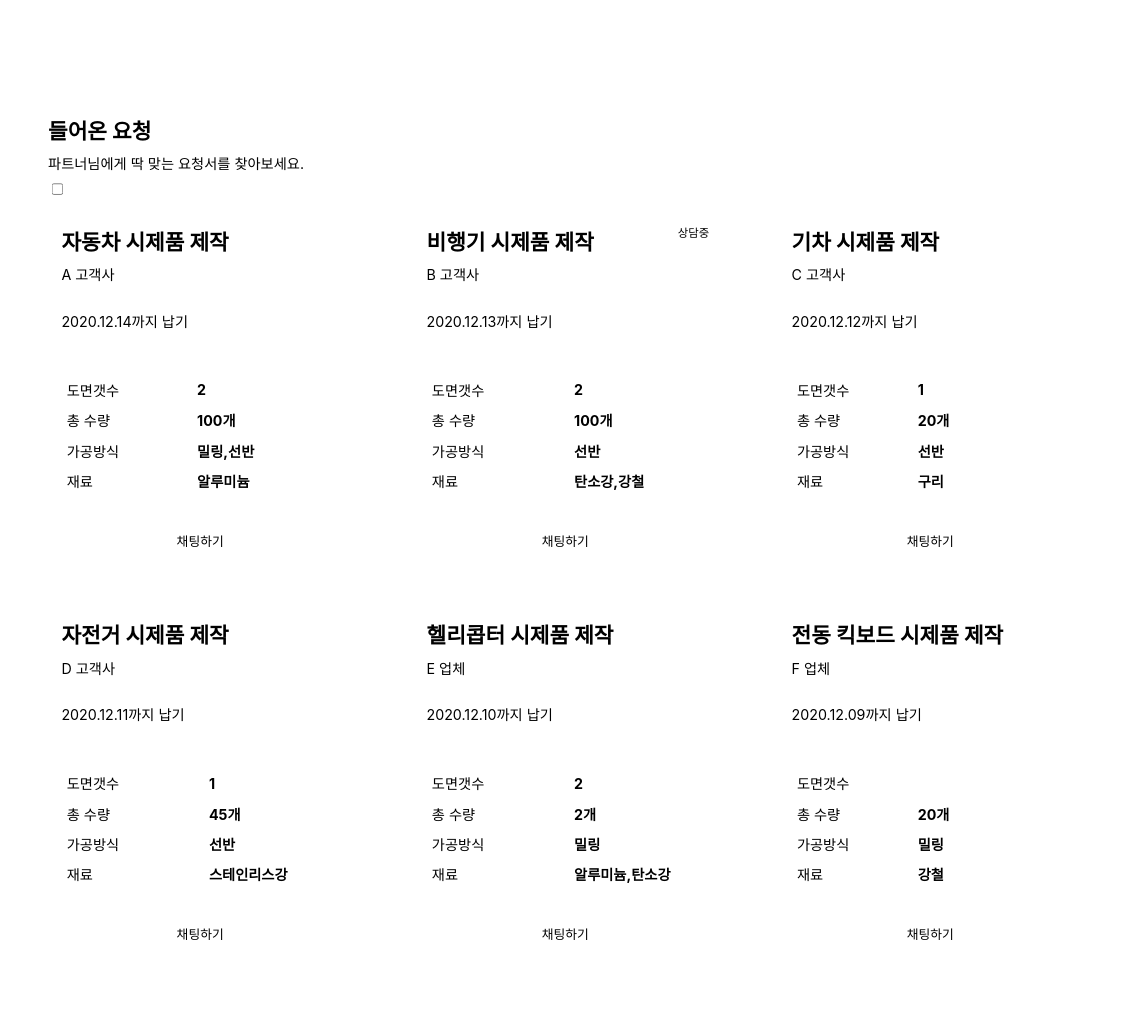
Repository: seoulsaram/capa
Page: /
An editor plug-in stored every save of this project. The page is shown before and after the next save, followed by the edit.
The browser window is 1280 px wide. The pictures show the whole page, at 89% of full size.
The project was rebuilt for these pictures with package versions that can differ from the ones it lists, and the page was loaded fresh each time. Requests to the local data server were answered from the project's data file. Also part of the build but not shown: src/App.css, src/components/filter/filter.module.css.

Above is the page before, as saved 2021-03-06 02:38:34.

### public/index.html
<!DOCTYPE html>
<html lang="en">
  <head>
    <meta charset="utf-8" />
    <link rel="icon" href="%PUBLIC_URL%/favicon.ico" />
    <meta name="viewport" content="width=device-width, initial-scale=1" />
    <meta name="theme-color" content="#000000" />
    <meta name="description" content="Web site created using create-react-app" />

    <title>React App</title>
  </head>
  <body>
    <noscript>You need to enable JavaScript to run this app.</noscript>
    <div id="root"></div>
  </body>
</html>

### src/index.js
import React from "react";
import ReactDOM from "react-dom";
import "./index.css";
import App from "./app";
import RequestInfo from "./service/request_info";

const requestInfo = new RequestInfo();

ReactDOM.render(
  <React.StrictMode>
    <App requestInfo={requestInfo} />
  </React.StrictMode>,
  document.getElementById("root")
);

### src/App.js
import "./app.css";
import Header from "./components/header/header";
import ItemContainer from "./components/item_container/item_container";
import RequestBox from "./components/request_box/request_box";

function App({ requestInfo }) {
  return (
    <div>
      <Header />
      <ItemContainer requestInfo={requestInfo} />
    </div>
  );
}

export default App;

### src/service/request_info.js
class RequestInfo {
  constructor() {
    this.getrequestOptions = {
      method: "GET",
    };
  }

  async getInfo() {
    const response = await fetch("http://localhost:3002/requests", this.getrequestOptions);
    const res = await response.json();
    return res;
  }
}

export default RequestInfo;

### src/components/header/header.js
import React, { memo } from "react";
import styles from "./header.module.css";

const Header = (props) => (
  <div className={styles.header}>
    <div className={styles.headerLeft}>
      <p>CAPA</p>
      <p>파트너스</p>
    </div>
    <div className={styles.headerRight}>
      <p>A가공업체</p>
      <div className={styles.line}></div>
      <p>로그아웃</p>
    </div>
  </div>
);

export default Header;

### src/components/item_container/item_container.js
import React, { useEffect, useState } from "react";
import Filter from "../filter/filter";
import RequestBox from "../request_box/request_box";
import styles from "./item_container.module.css";

const ItemContainer = ({ requestInfo }) => {
  const [reqInfo, setReqInfo] = useState([]);

  useEffect(() => {
    requestInfo.getInfo().then((info) => setReqInfo(info));
  }, [requestInfo]);

  return (
    <section className={styles.section}>
      <h2 className={styles.title}>들어온 요청</h2>
      <p className={styles.desc}>파트너님에게 딱 맞는 요청서를 찾아보세요.</p>
      <Filter reqInfo={reqInfo} />
      <RequestBox reqInfo={reqInfo} />
    </section>
  );
};

export default ItemContainer;

### src/components/request_box/request_box.jsx
import React from "react";
import styles from "./request_box.module.css";

const RequestBox = ({ reqInfo }) => {
  return (
    <ul className={styles.cards}>
      {reqInfo.map((info) => (
        <div key={info.id} className={styles.card}>
          <div className={styles.top}>
            <div className={styles.titleContainer}>
              <h2>{info.title}</h2>
              {info.status === "상담중" && <div className={styles.status}>{info.status}</div>}
            </div>
            <p className={styles.client}>{info.client}</p>
            <p className={styles.due}>{info.due}까지 납기</p>
          </div>
          <div className={styles.line}></div>
          {/* 테이블 로만들기 */}
          <table className={styles.bottom}>
            <tbody className={styles.order}>
              <tr>
                <td className={styles.orderTitle}>도면갯수</td>
                <td className={styles.orderBold}>{info.count}</td>
              </tr>
              <tr>
                <td className={styles.orderTitle}>총 수량</td>
                <td className={styles.orderBold}>{info.amount}개</td>
              </tr>
              <tr>
                <td className={styles.orderTitle}>가공방식</td>
                <td className={styles.orderBold}>{info.method.join(",")}</td>
              </tr>
              <tr>
                <td className={styles.orderTitle}>재료</td>
                <td className={styles.orderBold}>{info.material.join(",")}</td>
              </tr>
            </tbody>
          </table>
          <div className={styles.btnContainer}>
            <button className={styles.reqBtn}>요청 내역 보기</button>
            <button className={styles.chatBtn}>채팅하기</button>
          </div>
        </div>
      ))}
    </ul>
  );
};

export default RequestBox;

// {
//     "id": 1,
//     "title": "자동차 시제품 제작",
//     "client": "A 고객사",
//     "due": "2020.12.14",
//     "count": 2,
//     "amount": 100,
//     "method": ["밀링", "선반"],
//     "material": ["알루미늄"],
//     "status": "대기중"
//   },

### src/components/header/header.module.css
@value MakeBlue from '../../common/color.css';

.header {
  display: flex;
  justify-content: space-between;
  padding: 5px 20px;
  background-color: MakeBlue;
  color: white;
}

.headerLeft {
  display: flex;
  align-items: center;
}

.headerRight {
  display: flex;
  align-items: center;
}

.line {
  width: 2px;
  height: 50%;
  background-color: white;
  margin: 0px 14px;
}

### src/components/filter/filter.jsx
import React from "react";
import styles from "./filter.module.css";

const Filter = ({ reqInfo }) => {
  return (
    <section className={styles.section}>
      {/* 가공방식 */}
      <div className={styles.filter}>
        <div>
          <input type="checkbox" value="밀링" />
        </div>
      </div>
      {/* 재료 */}
      <div className={styles.filter}></div>
      <div></div>
      <div></div>
    </section>
  );
};

export default Filter;

// "requests": [
//     {
//       "id": 1,
//       "title": "자동차 시제품 제작",
//       "client": "A 고객사",
//       "due": "2020.12.14",
//       "count": 2,
//       "amount": 100,
//       "method": ["밀링", "선반"],
//       "material": ["알루미늄"],
//       "status": "대기중"
//     },

### src/components/item_container/item_container.module.css
@value MakeBlue,MakeBlack,MakeLightBlue,MakeGrey,MakeLightGrey,MakeYellow from '../../common/color.css';
.section {
  padding: 54px;
  color: MakeBlack;
}

.title,
.desc {
  margin: 8px 0px;
}

### src/components/request_box/request_box.module.css
@value MakeBlue,MakeBlack,MakeLightBlue,MakeGrey,MakeLightGrey,MakeYellow from '../../common/color.css';

* {
  box-sizing: border-box;
}
.cards {
  display: flex;
  justify-content: space-between;
  flex-wrap: wrap;
}

ul {
  margin: 0;
  padding: 0;
}

.card {
  width: 30%;
  border: 1px solid MakeLightGrey;
  border-radius: 3px;
  padding: 10px 15px;
  margin-bottom: 15px;
}

.card:hover {
  border: 1px solid MakeLightBlue;
}

.titleContainer {
  display: flex;
  align-items: center;
  justify-content: space-between;
}

.titleContainer > h2 {
  margin-bottom: 0px;
}

.client {
  margin: 8px 0px;
}
.due {
  color: MakeGrey;
  margin-top: 28px;
}

.status {
  border: 1px solid MakeYellow;
  border-radius: 45px;
  padding: 4px;
  font-size: 0.8rem;
  color: MakeYellow;
}

.line {
  width: 98%;
  height: 2px;
  margin: auto;
  background-color: MakeLightGrey;
}
.bottom {
  margin-top: 30px;
  margin-bottom: 15px;
}

td {
  width: 25%;
  padding: 4px;
}

.orderBold {
  font-weight: 700;
}

.reqBtn,
.chatBtn {
  margin: 15px 4px;
  padding: 8px 10px;
  background-color: transparent;
  border: none;
  border-radius: 0.2rem;
  outline: none;
  font-size: 0.9rem;
  cursor: pointer;
}

.reqBtn {
  color: white;
  background-color: MakeLightBlue;
}

.chatBtn {
  border: 1px solid MakeLightBlue;
  color: MakeLightBlue;
}

### db.json
{
  "requests": [
    {
      "id": 1,
      "title": "자동차 시제품 제작",
      "client": "A 고객사",
      "due": "2020.12.14",
      "count": 2,
      "amount": 100,
      "method": ["밀링", "선반"],
      "material": ["알루미늄"],
      "status": "대기중"
    },
    {
      "id": 2,
      "title": "비행기 시제품 제작",
      "client": "B 고객사",
      "due": "2020.12.13",
      "count": 2,
      "amount": 100,
      "method": ["선반"],
      "material": ["탄소강", "강철"],
      "status": "상담중"
    },
    {
      "id": 3,
      "title": "기차 시제품 제작",
      "client": "C 고객사",
      "due": "2020.12.12",
      "count": 1,
      "amount": 20,
      "method": ["선반"],
      "material": ["구리"],
      "status": "대기중"
    },
    {
      "id": 4,
      "title": "자전거 시제품 제작",
      "client": "D 고객사",
      "due": "2020.12.11",
      "count": 1,
      "amount": 45,
      "method": ["선반"],
      "material": ["스테인리스강"],
      "status": "대기중"
    },
    {
      "id": 5,
      "title": "헬리콥터 시제품 제작",
      "client": "E 업체",
      "due": "2020.12.10",
      "count": 2,
      "amount": 2,
      "method": ["밀링"],
      "material": ["알루미늄", "탄소강"],
      "status": "대기중"
    },
    {
      "id": 6,
      "title": "전동 킥보드 시제품 제작",
      "client": "F 업체",
      "due": "2020.12.09",
      "docs": 1,
      "amount": 20,
      "method": ["밀링"],
      "material": ["강철"],
      "status": "대기중"
    }
  ]
}

Loaded but not shown: src/index.css (common file)

After the next save:
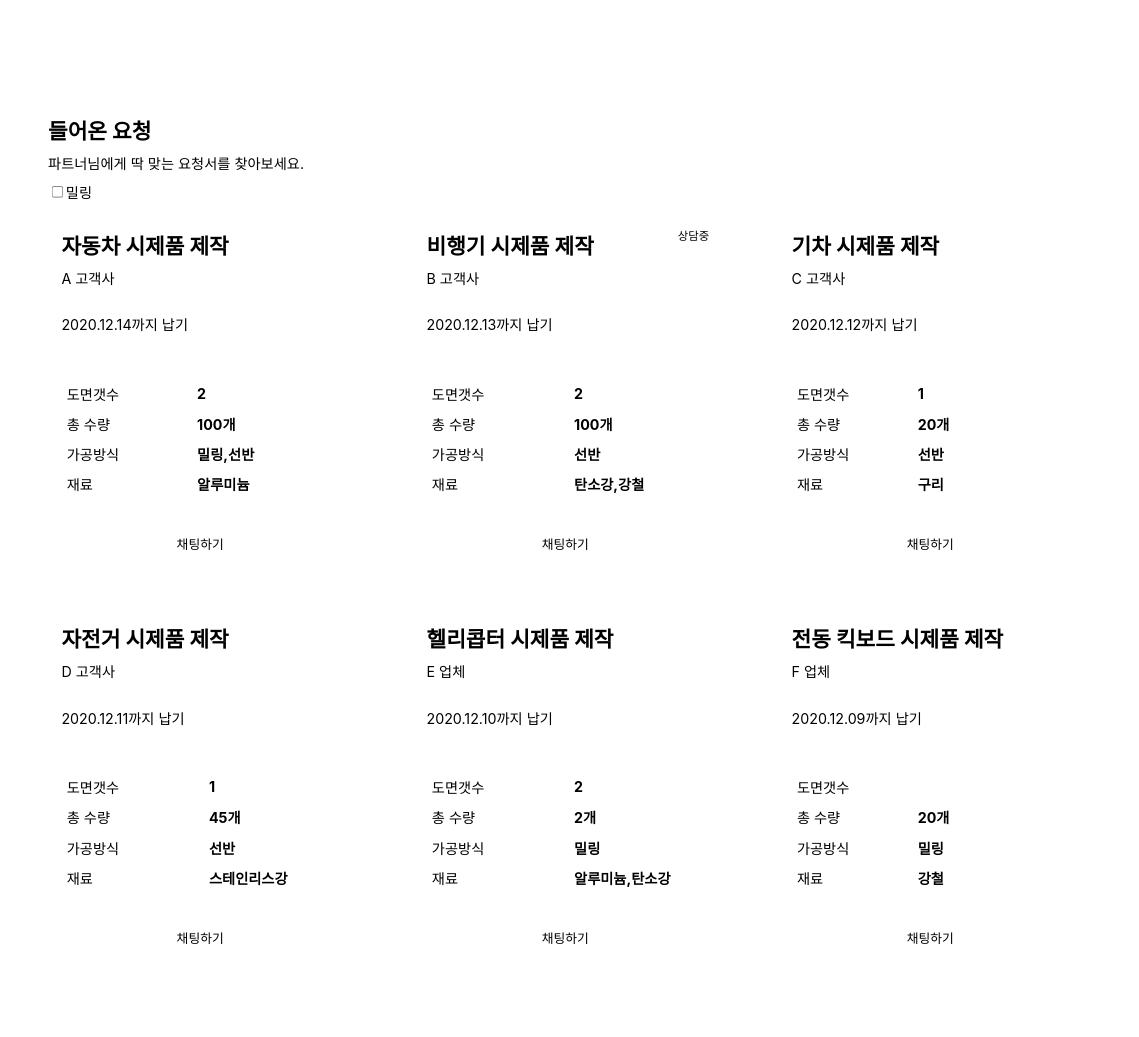
Saved 2 min 33 s later.
--- a/src/components/filter/filter.jsx
+++ b/src/components/filter/filter.jsx
@@ -7,7 +7,10 @@ const Filter = ({ reqInfo }) => {
       {/* 가공방식 */}
       <div className={styles.filter}>
         <div>
-          <input type="checkbox" value="밀링" />
+          <label>
+            <input type="checkbox" value="밀링" />
+            밀링
+          </label>
         </div>
       </div>
       {/* 재료 */}
